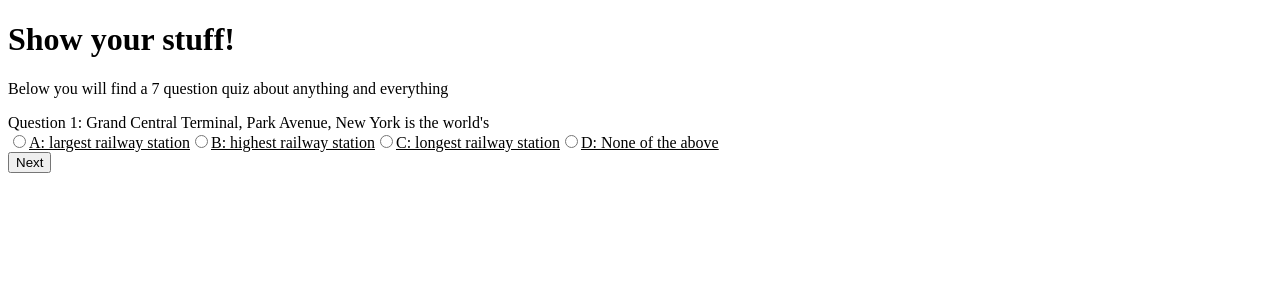
Repository: wsbrunson/Simple-Javascript-Quiz
Page: index.html
The author's editor kept a record of every edit. The page is drawn from the files as they stood at one moment, then again after the next edit.
The browser window is 1280 px wide. The pictures show the whole page.

Above is the page before.

### index.html
<!DOCTYPE html>
<html>
<head>
    <title>Quiz time!</title>
    <link rel="stylesheet" type="text/css" href="stylesheet.css">
</head>

<body>
    <h1>
        Show your stuff!
    </h1>
    <p>
        Below you will find a 7 question quiz about anything and everything
    </p>
    <div id="quiz">

    </div>
    <input type='button' value='Next' id='next-button'></input>

    <script src="scripts/jquery-2.1.3.min.js"></script>
    <script src="scripts/app.js"></script>
</body>

</html>

### stylesheet.css
input {
    display: inline;
}

.radio-label {
    display: inline-block;
    text-decoration: underline;
}

### scripts/app.js
var allQuestions = [{question: "Question 1: Grand Central Terminal, Park Avenue, New York is the world's",
                     choices: ["A: largest railway station",
                               "B: highest railway station",
                               "C: longest railway station",
                               "D: None of the above"],
                     correctAnswer: 0
                    },
                    {question: "Question 2",
                     choices: ["1",
                               "2",
                               "3",
                               "4"],
                     correctAnswer: 0
                    },
                    {question: "Question 3",
                     choices: ["z",
                               "y",
                               "x",
                               "w"],
                     correctAnswer: 1
                    }
                    ];

$(document).ready(function() {

    //Load first quiz question
    var questionsIndex = 0,
        numberOfCorrectAnswers = 0;


    var printQuizQuestions = function() {
        var pathToQuestion = allQuestions[questionsIndex].question,
            pathToChoices = allQuestions[questionsIndex].choices,
            questionTag = "<div class='question'>" + pathToQuestion + "</div>";

        $('#quiz').append(questionTag);

        for(var i = 0, x = pathToChoices.length; i < x; i++) {
            var choicesTag = "<label class='radio-label'>" +
                             "<input type='radio' name='quiz-radio-button-" + questionsIndex +
                             "' id='" + questionsIndex + "-" + i + "'>" +  pathToChoices[i] + "</label>";

            $('#quiz').append(choicesTag);
        }
    };

    printQuizQuestions();

    //Next button
    $('#next-button').click(function() {
        $('.question').hide();
        $('.radio-label').hide();

        var talleyScore = function() {
                var findAnswer = allQuestions[questionsIndex].correctAnswer,
                    answerID = questionsIndex + "-" + findAnswer;

                if(document.getElementById(answerID).checked) {numberOfCorrectAnswers++;}
            };

        talleyScore();

        questionsIndex++;

        if(questionsIndex < allQuestions.length) {
            printQuizQuestions();
        }

        else {
            $('#next-button').hide();
            $('#quiz').append("<p>Your total score is: " + numberOfCorrectAnswers + "</p>");
        }
    });
});

Loaded but not shown: scripts/jquery-2.1.3.min.js (library)

After the next edit:
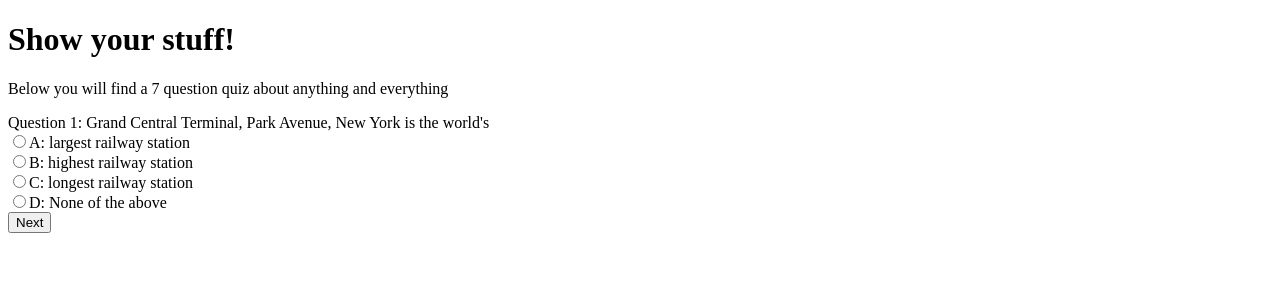
The edit:
--- a/stylesheet.css
+++ b/stylesheet.css
@@ -3,6 +3,5 @@
 }
 
 .radio-label {
-    display: inline-block;
-    text-decoration: underline;
+    display: block;
 }
